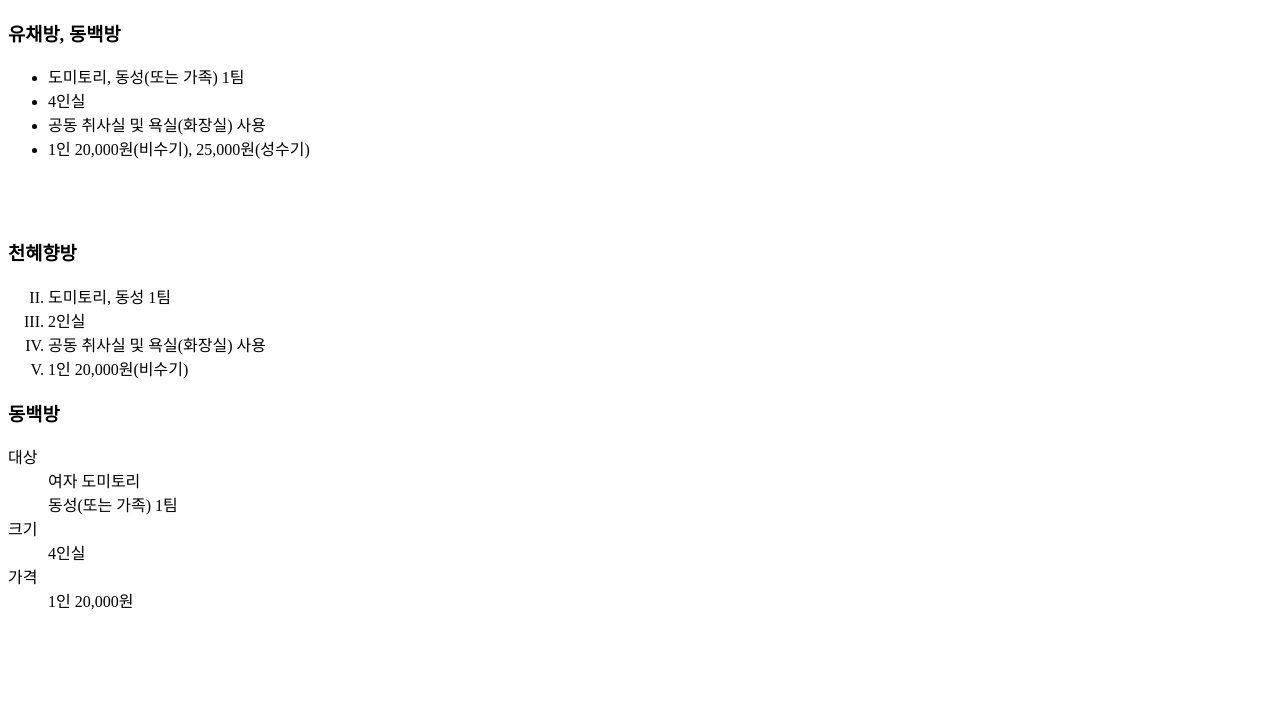
Repository: KimHeonSeung/TJE_HTML
Page: sources/day_01/WebContent/list1.html
The author's editor kept a copy of each file at every save. The page is drawn from the files as they stood at one save, then again after the next save.
The browser window is 1280 px wide. The pictures show the whole page.

Above is the page before, as saved 2019-05-10 07:08:42.

After the next save:
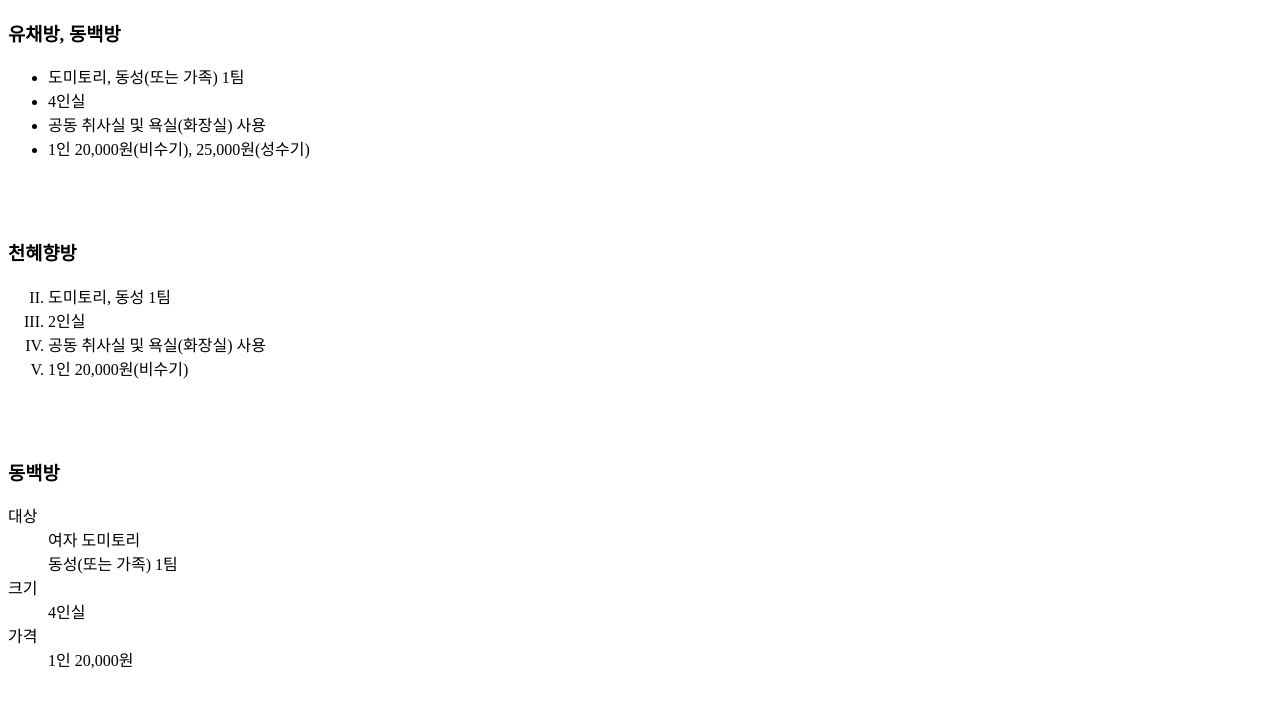
Saved 4 s later.
--- a/sources/day_01/WebContent/list1.html
+++ b/sources/day_01/WebContent/list1.html
@@ -31,6 +31,11 @@
 </ol>
 
 
+<pre>
+<p>
+</p>
+</pre>
+
 <!-- 정의목록. dl이 쓰임. dt와 dd가 함께 쓰인다. -->
 <h3>동백방</h3>
 <dl>
